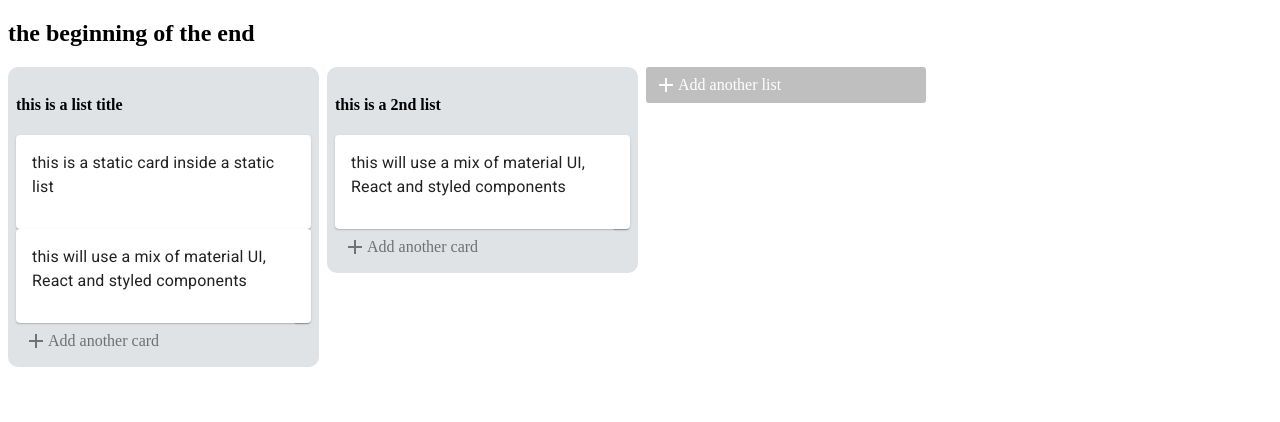
Repository: DesterStorm/Crello
Page: /
These files come from the project's save history. The page is drawn as it stood at one moment and after a run of saves; the edit follows.
The browser window is 1280 px wide. The pictures show the whole page.
The project was rebuilt for these pictures with package versions that can differ from the ones it lists, and the page was loaded fresh each time.

Above is the page before, as saved 2020-05-19 11:07:51.

After the next 2 saves:
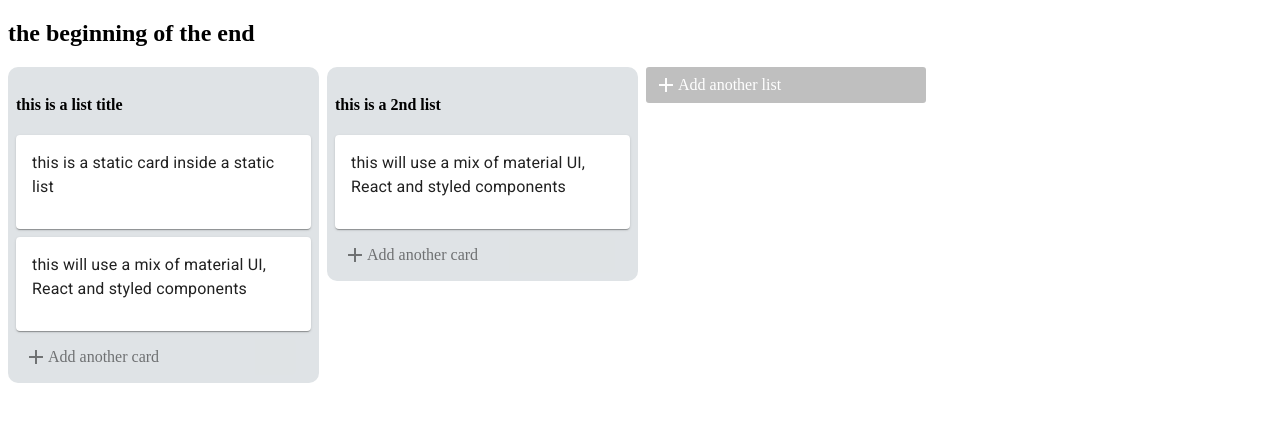
The 2 saves are shown as one change because 1 did not build or start.
The last was saved 8 s later.
--- a/src/components/CrelloCard.js
+++ b/src/components/CrelloCard.js
@@ -13,7 +13,7 @@ const CrelloCard = ({text, id, index}) => {
   return(
     <Draggable draggableId={String(id)} index={index}>
       {provided => (
-      <cardContainer ref={provided.innerRef} {...provided.draggableProps} {...provided.dragHandleProps}>
+      <CardContainer ref={provided.innerRef} {...provided.draggableProps} {...provided.dragHandleProps}>
         <Card>
           <CardContent>
             <Typography gutterBottom>
@@ -21,7 +21,7 @@ const CrelloCard = ({text, id, index}) => {
             </Typography>
           </CardContent>
         </Card>
-      </cardContainer>
+      </CardContainer>
       )}
     </Draggable>
   )
